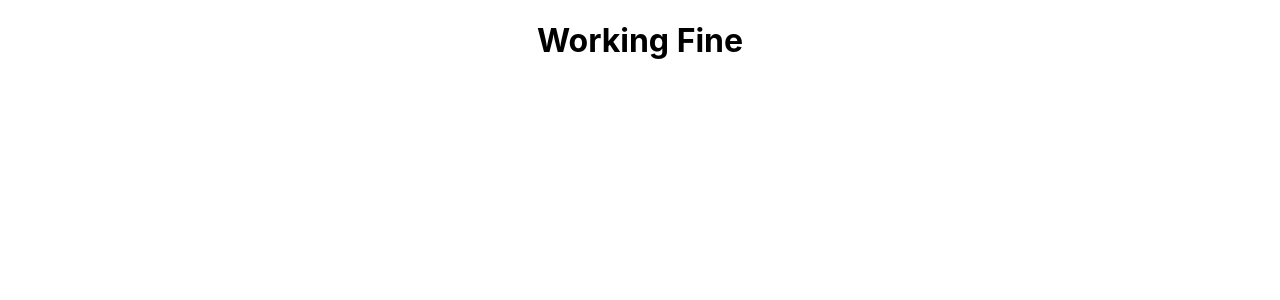
Repository: Prafullkuma/Videos
Page: /
An editor plug-in stored every save of this project. The page is shown before and after the next save, followed by the edit.
The browser window is 1280 px wide. The pictures show the whole page.
The project was rebuilt for these pictures with package versions that can differ from the ones it lists, and the page was loaded fresh each time.

Above is the page before, as saved 2020-10-01 09:41:28.

After the next save:
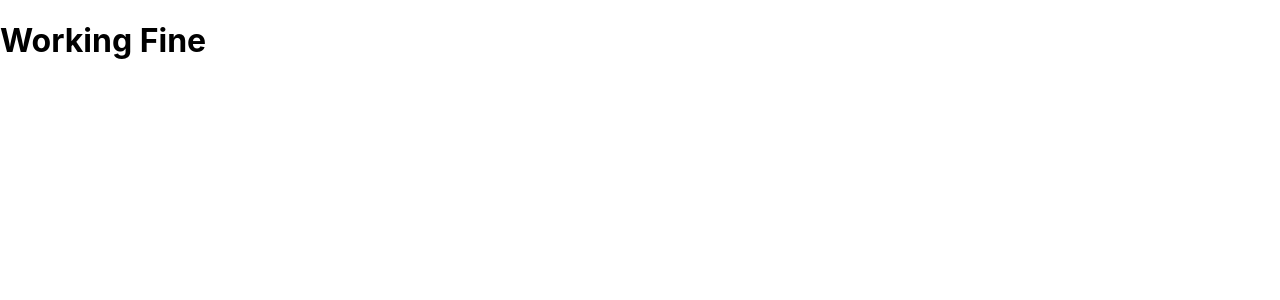
Saved 6 s later.
--- a/src/Components/Component/App.js
+++ b/src/Components/Component/App.js
@@ -1,5 +1,5 @@
 import React from 'react';
-import './../App.css';
+
 
 function App() {
   return (
